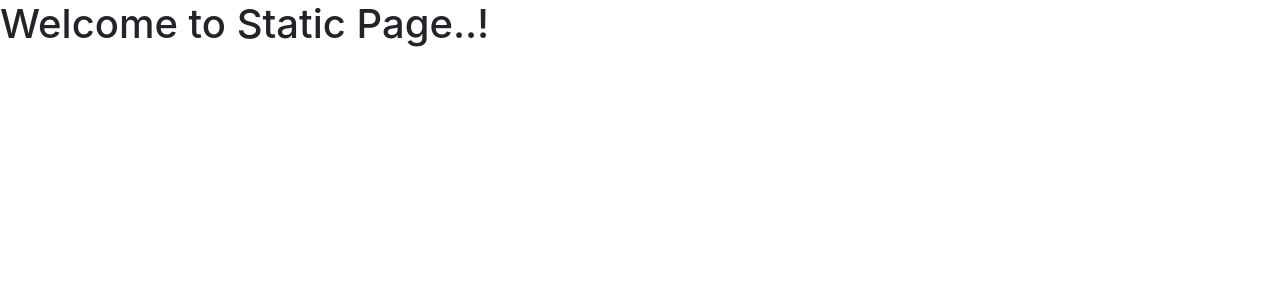
Repository: AalokJadhav/Weather_App
Page: public/index.html
The author's editor kept a copy of each file at every save. The page is drawn from the files as they stood at one save, then again after the next save.
The browser window is 1280 px wide. The pictures show the whole page.

Above is the page before, as saved 2020-11-14 23:46:42.

After the next save:
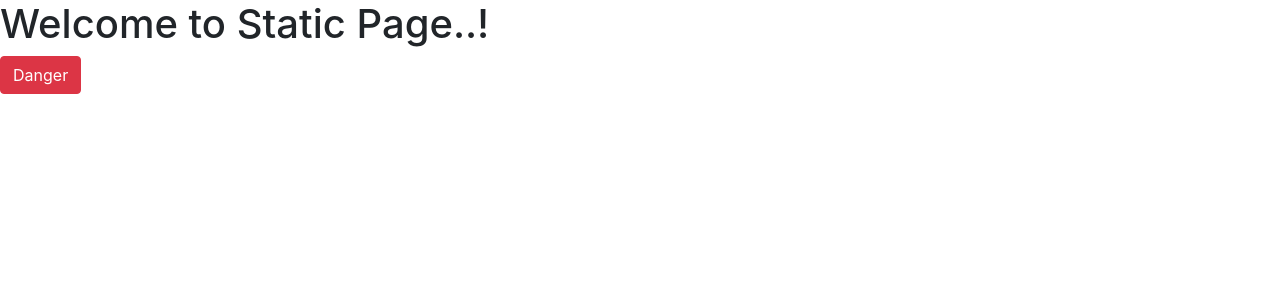
Saved 67 s later.
--- a/public/index.html
+++ b/public/index.html
@@ -22,6 +22,7 @@
 
 <body>
     <h1>Welcome to Static Page..!</h1>
+    <button class="btn btn-danger">Danger</button>
 </body>
 
 </html>
